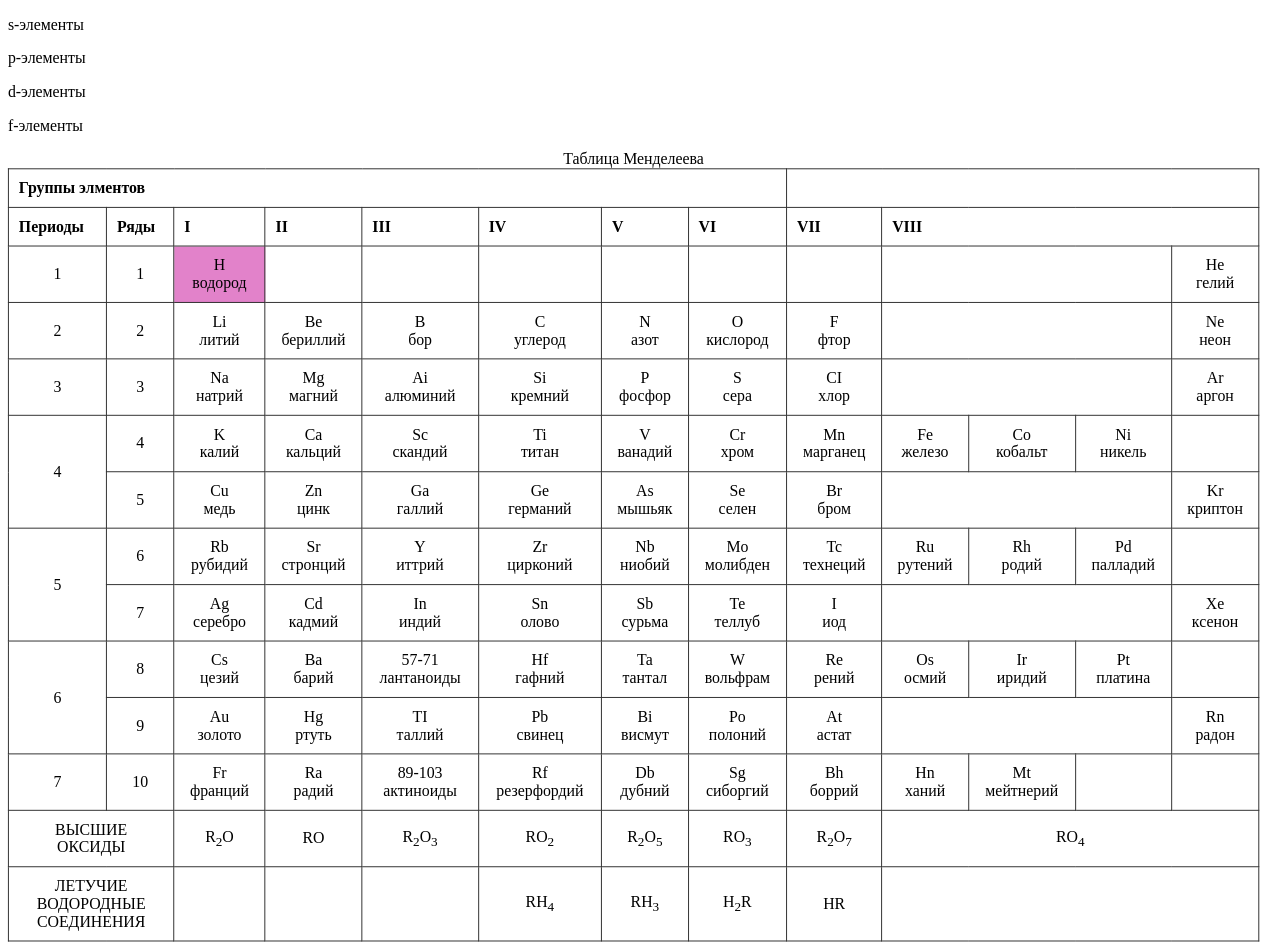
Repository: sannikovcode/exercises-a1
Page: JS/websites/01-periodic table/index.html
An editor plug-in stored every save of this project. The page is shown before and after a run of saves, followed by the edit.
The browser window is 1280 px wide. The pictures show the whole page, at 99% of full size.

Above is the page before, as saved 2025-10-18 14:53:17.

After the next 2 saves:
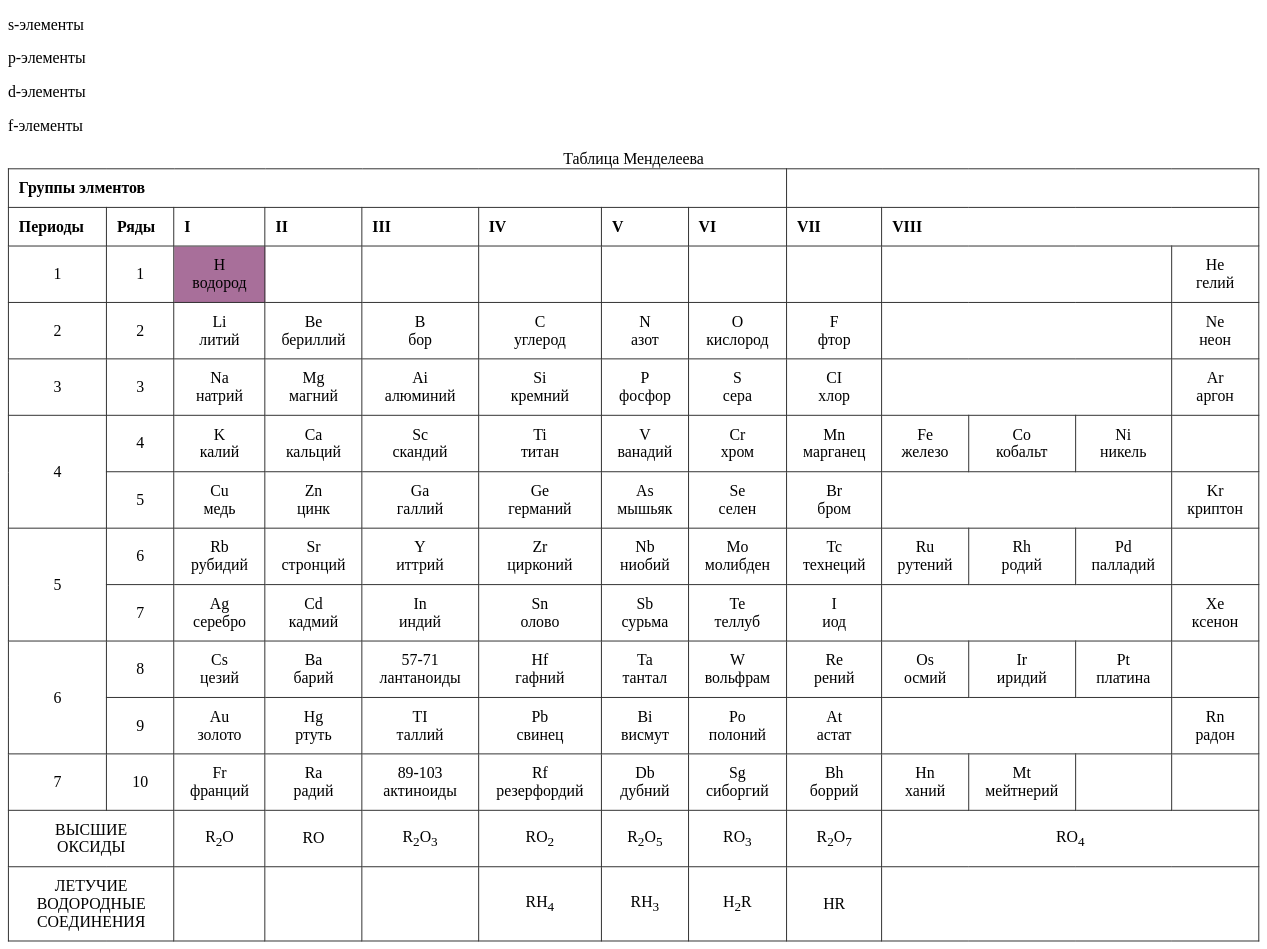
The 2 saves are shown as one change because they came seconds apart.
The last was saved 12 s later.
--- a/JS/websites/01-periodic table/styles.css
+++ b/JS/websites/01-periodic table/styles.css
@@ -22,7 +22,7 @@ td {
 /* элементы */
 
 #s {
-  background-color: rgb(226, 130, 202);
+  background-color: rgb(168, 111, 154);
 }
 #p {
   background-color: lightblue;
